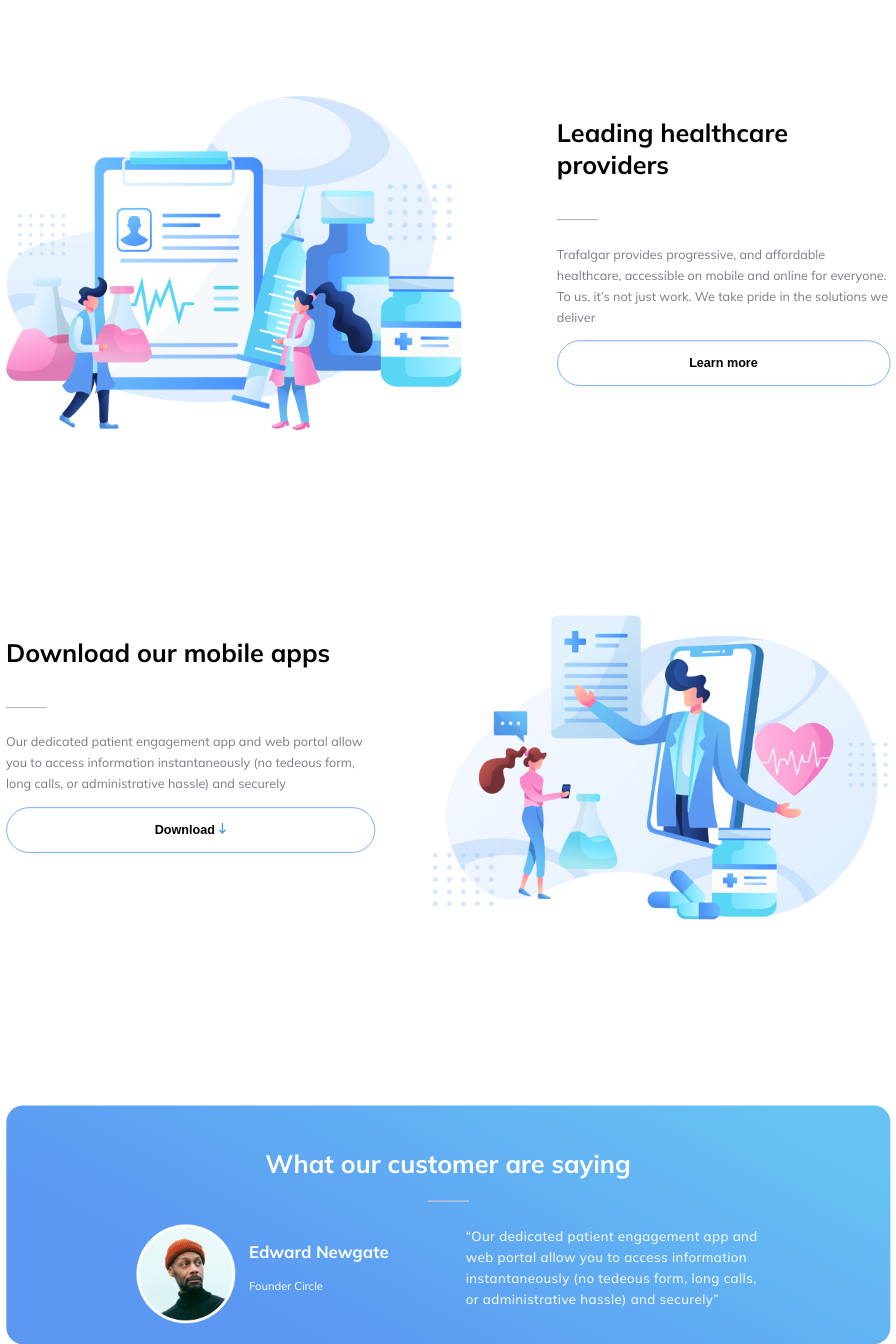
Repository: ivan-developer-01/trafalgar-layout
Page: index.html
The author's editor kept a copy of each file at every save. The page is drawn from the files as they stood at one save, then again after the next save.
The browser window is 1280 px wide. The pictures show the part of the page from y = 2066 to 3986 px (the page is 3986 px tall before and 3966 px after), at 70% of full size.

Above is the page before, as saved 2024-11-08 16:06:44.

After the next save:
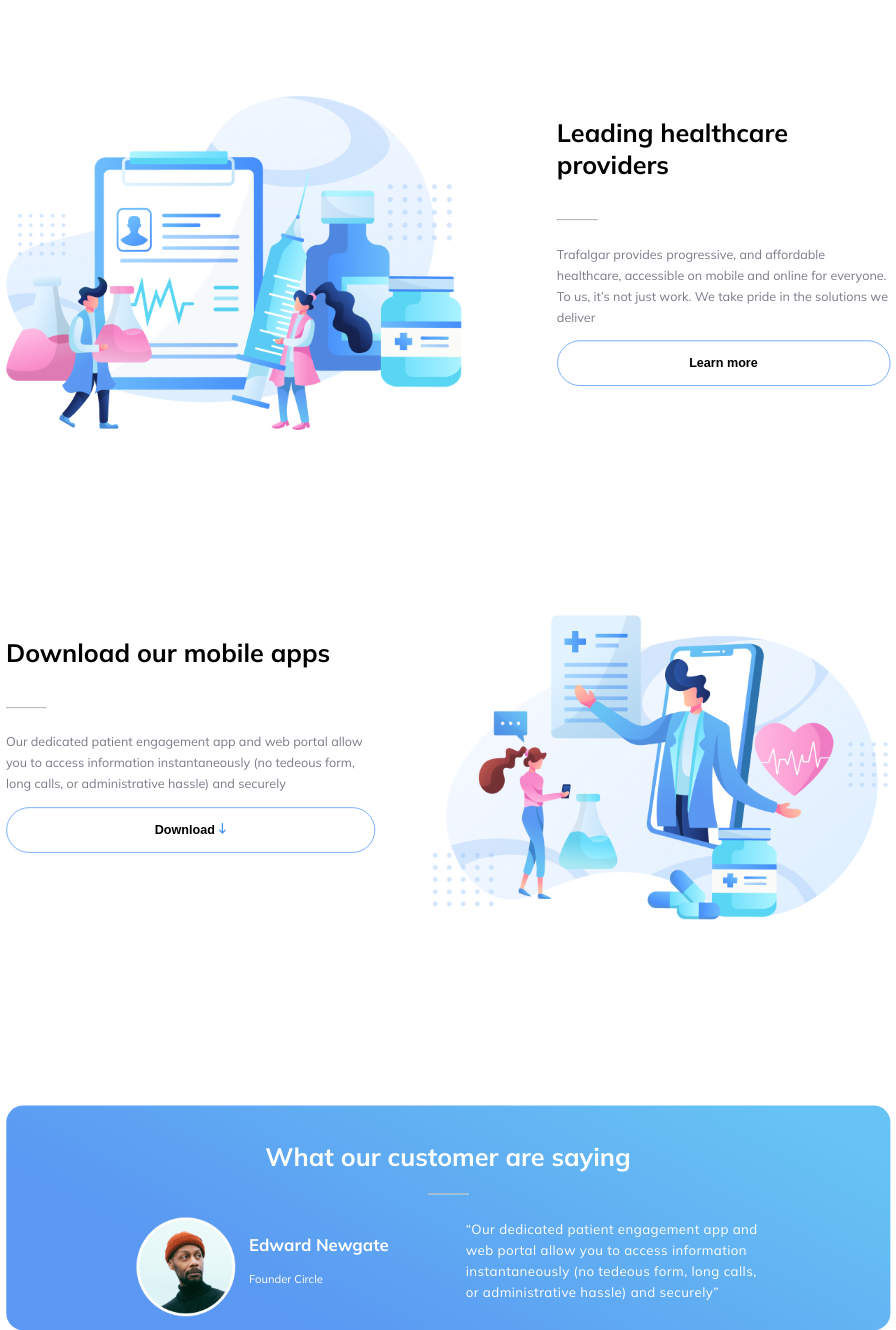
Saved 10 s later.
--- a/style.css
+++ b/style.css
@@ -236,8 +236,8 @@ p {
 	background: linear-gradient(208.18deg, #67C3F3 9.05%, #5A98F2 76.74%);
 	color: white;
 	text-align: center;
-	padding-top: 30px;
-	padding-bottom: 30px;
+	padding-top: 20px;
+	padding-bottom: 20px;
 	border-radius: 24px;
 }
 
